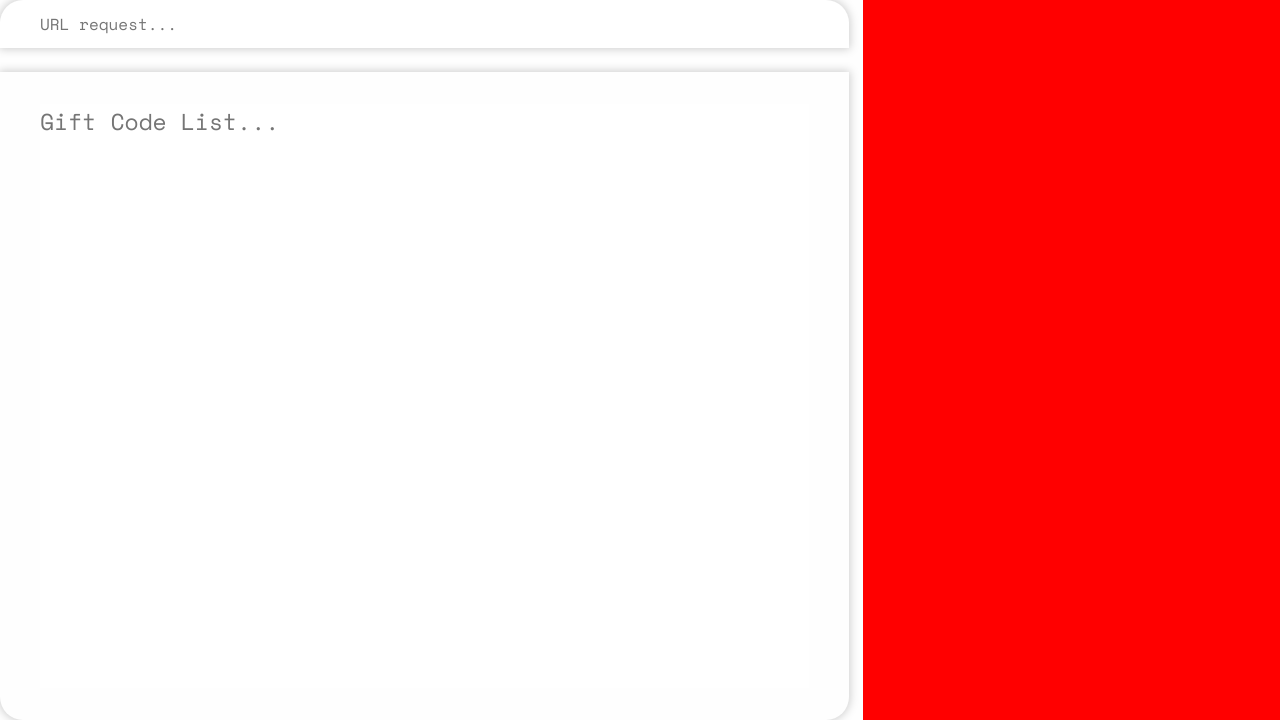
Repository: 777hanh777hanh/test
Page: index.html
The author's editor kept a copy of each file at every save. The page is drawn from the files as they stood at one save, then again after the next save.
The browser window is 1280 px wide. The pictures show the whole page.

Above is the page before, as saved 2023-06-30 17:22:10.

### index.html
<!DOCTYPE html>
<html lang="en">
    <head>
        <meta charset="UTF-8" />
        <meta name="viewport" content="width=device-width, initial-scale=1.0" />
        <title>Request API</title>
        <!-- Fonts -->
        <link rel="preconnect" href="https://fonts.googleapis.com" />
        <link rel="preconnect" href="https://fonts.gstatic.com" crossorigin />
        <link
            href="https://fonts.googleapis.com/css2?family=Space+Mono:wght@400;700&display=swap"
            rel="stylesheet"
        />
        <!-- CSS -->
        <link rel="stylesheet" href="./assets/css/reset.css" />
        <link rel="stylesheet" href="./assets/css/style.css" />
    </head>
    <body>
        <div class="inner">
            <!-- Input URL -->
            <div class="url-block">
                <input type="text" name="" id="url" class="url" placeholder="URL request..."></input>
            </div>
            <!-- Text Area -->
            <div class="giftCode-block">
                <textarea name="" id="giftCode" class="giftCode" placeholder="Gift Code List..."></textarea>
            </div>

            <!-- Result Block -->
            <div class="result-block"></div>
        </div>
        <script src="./assets/js/main.js"></script>
    </body>
</html>

### assets/css/reset.css
html,
body,
div,
span,
applet,
object,
iframe,
h1,
h2,
h3,
h4,
h5,
h6,
p,
blockquote,
pre,
a,
abbr,
acronym,
address,
big,
cite,
code,
del,
dfn,
em,
img,
ins,
kbd,
q,
s,
samp,
small,
strike,
strong,
sub,
sup,
tt,
var,
b,
u,
i,
center,
dl,
dt,
dd,
ol,
ul,
li,
fieldset,
form,
label,
legend,
table,
caption,
tbody,
tfoot,
thead,
tr,
th,
td,
article,
aside,
canvas,
details,
embed,
figure,
figcaption,
footer,
header,
hgroup,
menu,
nav,
output,
ruby,
section,
summary,
time,
mark,
audio,
video {
    margin: 0;
    padding: 0;
    border: 0;
    font-size: 100%;
    font: inherit;
    vertical-align: baseline;
}
/* HTML5 display-role reset for older browsers */
article,
aside,
details,
figcaption,
figure,
footer,
header,
hgroup,
menu,
nav,
section {
    display: block;
}
body {
    line-height: 1;
}
ol,
ul {
    list-style: none;
}
blockquote,
q {
    quotes: none;
}
blockquote:before,
blockquote:after,
q:before,
q:after {
    content: '';
    content: none;
}
table {
    border-collapse: collapse;
    border-spacing: 0;
}

button,
input,
textarea,
[tabindex] {
    outline: none;
    border: none;
    font-family: inherit;
}

a {
    text-decoration: none;
}

### assets/css/style.css
:root {
    --text-color: #333;
    --font-family: 'Space Mono', monospace;
}

* {
    padding: 0;
    margin: 0;
    box-sizing: border-box;
}

html {
    font-size: 62.5%;
}

body {
    min-height: 100vh;
    font-family: var(--font-family, 'system-ui');
    -webkit-font-smoothing: antialiased;
    -moz-osx-font-smoothing: grayscale;
    font-size: 1.6rem;
    overflow: overlay;
    background: #fefefe;
}

html *::-webkit-scrollbar {
    border-radius: 0;
    width: 8px;
}
html *::-webkit-scrollbar-thumb {
    border-radius: 4px;
    background-color: rgba(22, 24, 35, 0.06);
}
html *::-webkit-scrollbar-track {
    border-radius: 0;
    background-color: rgba(0, 0, 0, 0);
}

/* CSS */
.inner {
    min-height: 100vh;
    display: grid;
    grid-template-columns: repeat(3, 1fr);
    grid-template-rows: auto 3fr;
    grid-template-areas:
        'url url result'
        'giftCode giftCode result';
    column-gap: 14px;
    row-gap: 24px;
}

/* Input Block */
.url-block {
    grid-area: url;
}

.url {
    display: block;
    padding: 12px 40px;
    width: 100%;
    height: 100%;
    font-size: 1.6rem;
    border-radius: 23px 23px 0 0;
    box-shadow: 0 0 10px 1px #ccc;
}

.giftCode-block {
    grid-area: giftCode;

    padding: 32px 40px;
    border-radius: 0 0 23px 23px;
    box-shadow: 0 0 10px 1px #ccc;
}

.giftCode {
    display: block;
    width: 100%;
    height: 100%;
    font-size: 2.3rem;
    font-family: var(--font-family, 'monospace');
    resize: none;
}

.result-block {
    grid-area: result;
    background: red;
}

Loaded but not shown: assets/js/main.js (no stored copy; drawn as an empty file)

After the next save:
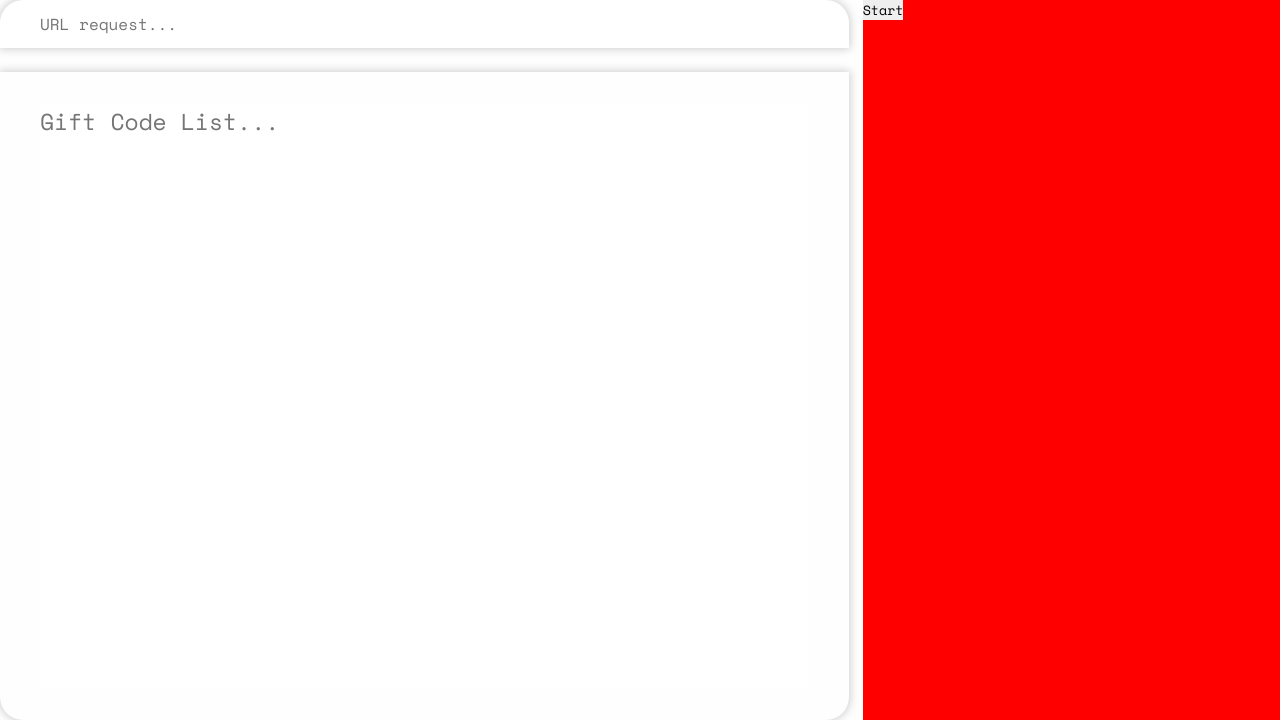
Saved 71 s later.
--- a/index.html
+++ b/index.html
@@ -27,7 +27,10 @@
             </div>
 
             <!-- Result Block -->
-            <div class="result-block"></div>
+            <div class="result-block">
+                <div class="result"></div>
+                <button>Start</button>
+            </div>
         </div>
         <script src="./assets/js/main.js"></script>
     </body>
